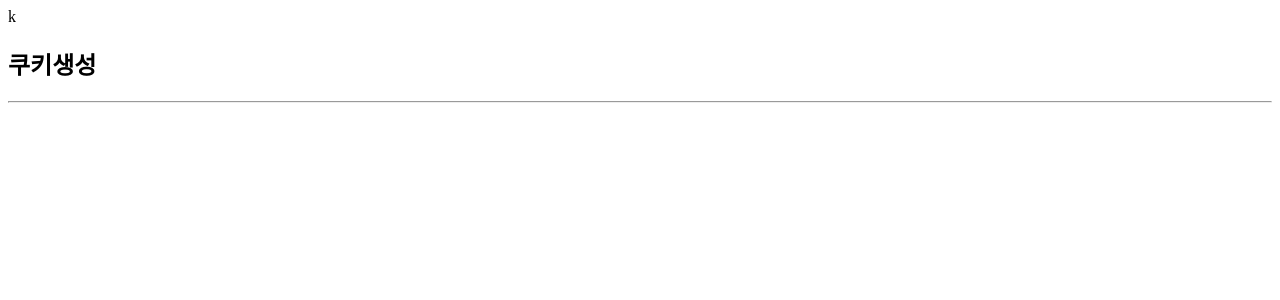
Repository: kimjoohye/study_WEB
Page: http://localhost/studyhtml5/jsp/j05/makeCookie.jsp
An editor plug-in stored every save of this project. The page is shown before and after a run of saves, followed by the edit.
The browser window is 1280 px wide. The pictures show the whole page.
The page is served by Tomcat 9.

Above is the page before, as saved 2022-05-20 01:31:08.

After the next 3 saves:
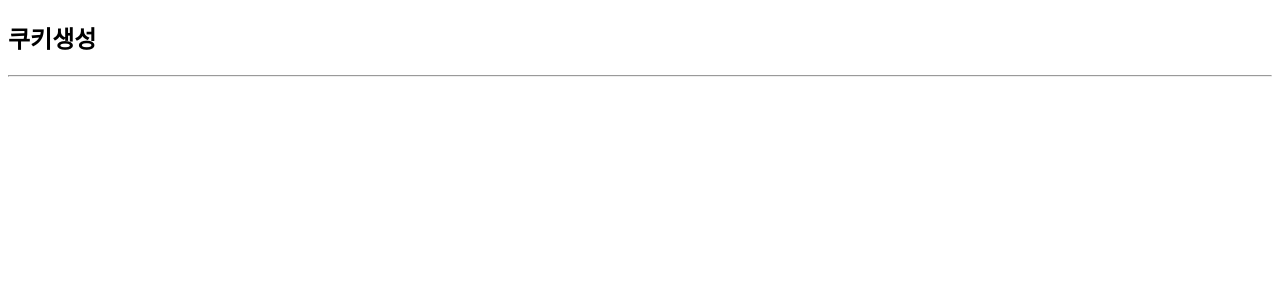
The 3 saves are shown as one change because 2 did not build or start.
The last was saved 3 min 7 s later.
--- a/workspace/studyhtml5/WebContent/jsp/j05/makeCookie.jsp
+++ b/workspace/studyhtml5/WebContent/jsp/j05/makeCookie.jsp
@@ -1,5 +1,9 @@
-k<%@ page language="java" contentType="text/html; charset=UTF-8"
+<%@page import="java.net.URLEncoder"%>
+<%@ page language="java" contentType="text/html; charset=UTF-8"
     pageEncoding="UTF-8"%>
+<%
+    Cookie cookie = new Cookie("pcwk", URLEncoder.encode("오늘은 아주 즐거운 금요일!", "UTF-8"));
+%>
 <!DOCTYPE html>
 <html>
 <head>
